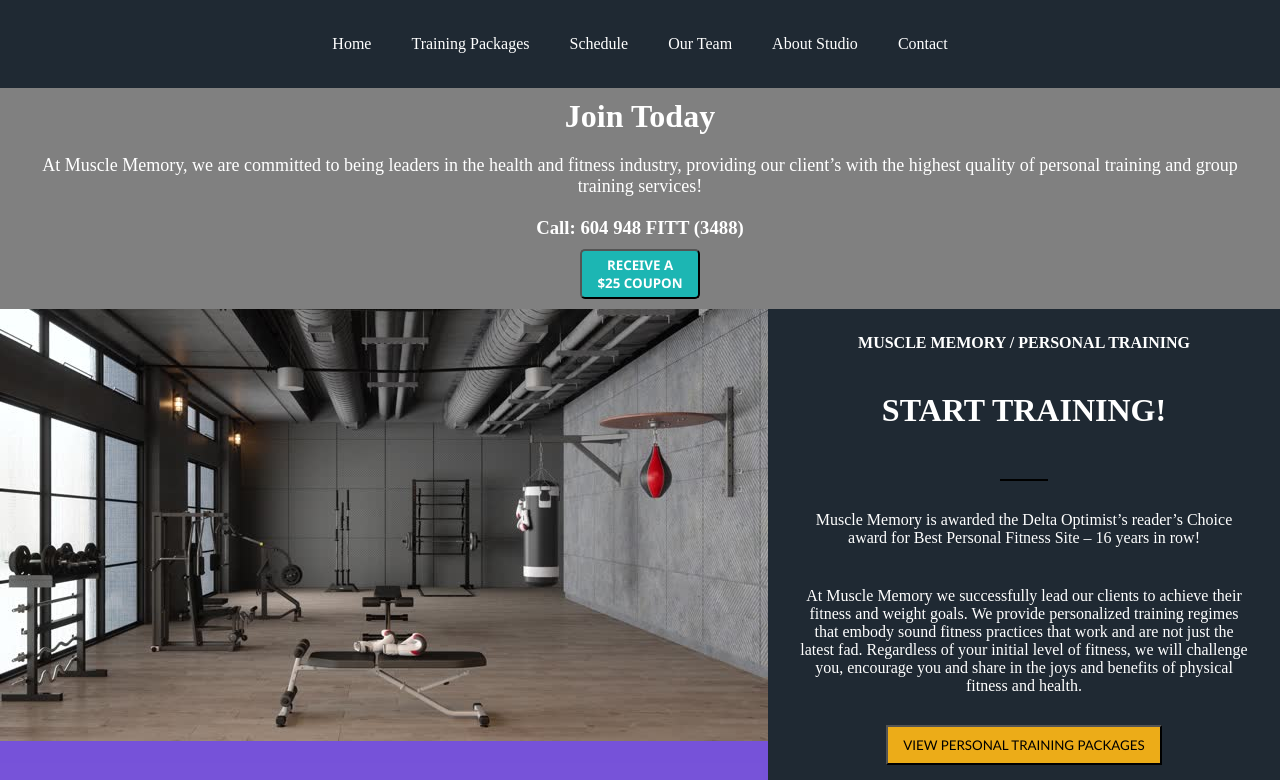
Repository: MujtabaHabib/muscle-memory-website
Page: index.html
These files come from the project's save history. The page is drawn as it stood at one moment and after a run of saves; the edit follows.
The browser window is 1280 px wide. The pictures show the whole page.

Above is the page before, as saved 2026-01-27 05:09:52.

After the next 4 saves:
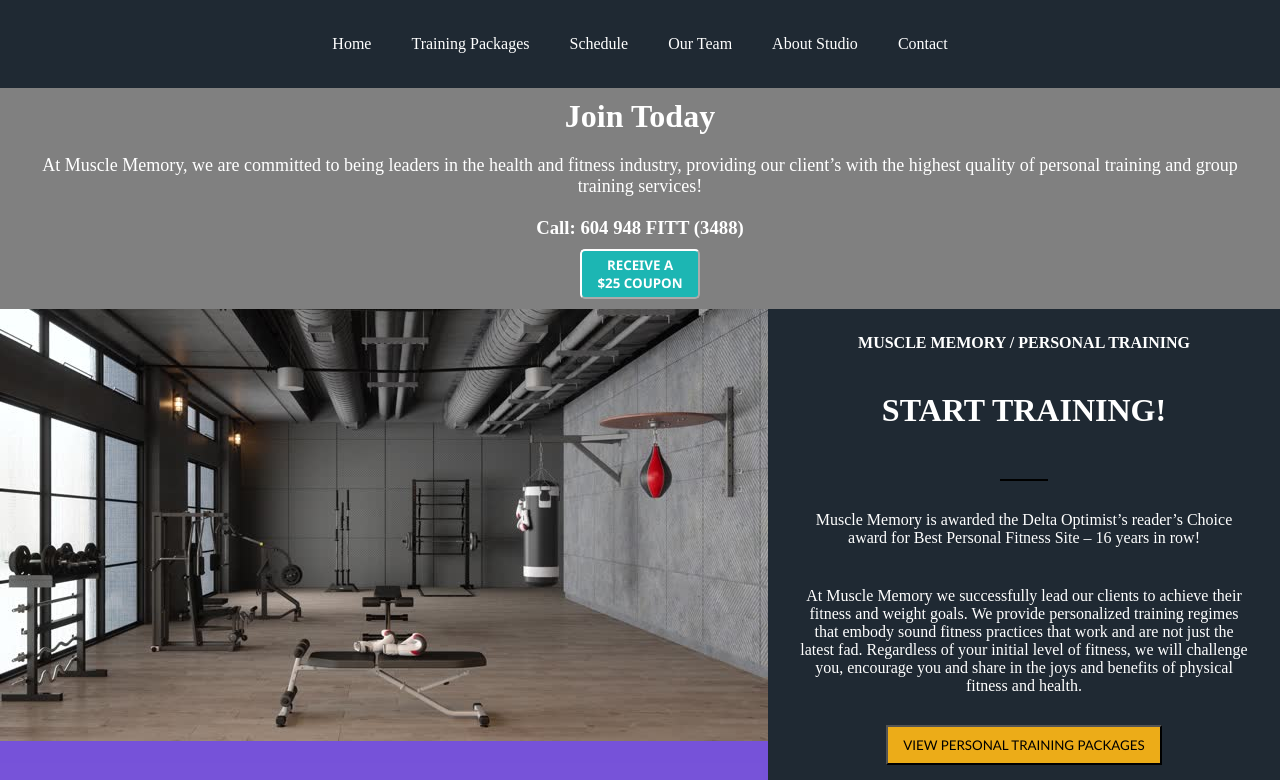
The 4 saves are shown as one change because they came seconds apart.
The last was saved 23 s later.
--- a/style.css
+++ b/style.css
@@ -52,6 +52,7 @@
     border-radius: 5px;
     color:white;
     font-weight:bold  ;
+    border-color: white;
 }
 hr {
     border: none;

After the 2 saves that followed:
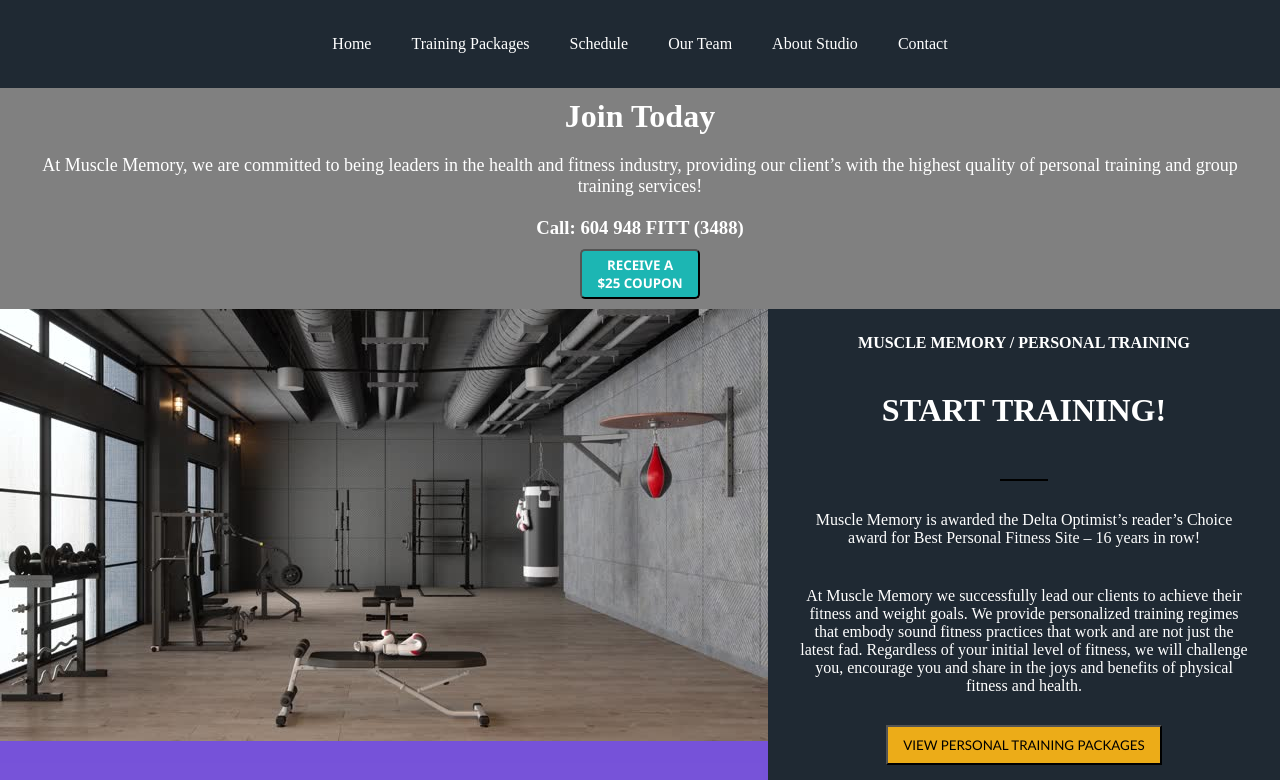
The 2 saves are shown as one change because they came seconds apart.
The last was saved 12 s later.
--- a/style.css
+++ b/style.css
@@ -52,7 +52,7 @@
     border-radius: 5px;
     color:white;
     font-weight:bold  ;
-    border-color: white;
+    border-color: black;
 }
 hr {
     border: none;
